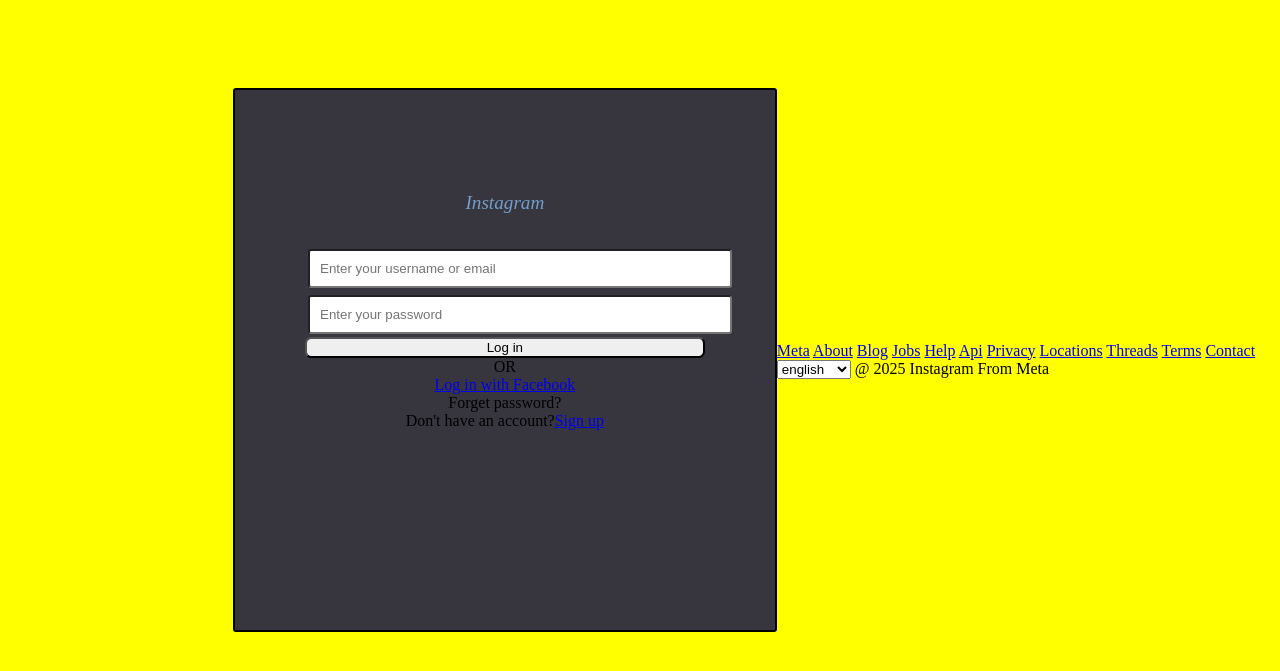
Repository: sristigupta04/basic-js-project
Page: index.html
The author's editor kept a copy of each file at every save. The page is drawn from the files as they stood at one save, then again after the next save.
The browser window is 1280 px wide. The pictures show the whole page.

Above is the page before, as saved 2025-10-24 13:40:31.

After the next save:
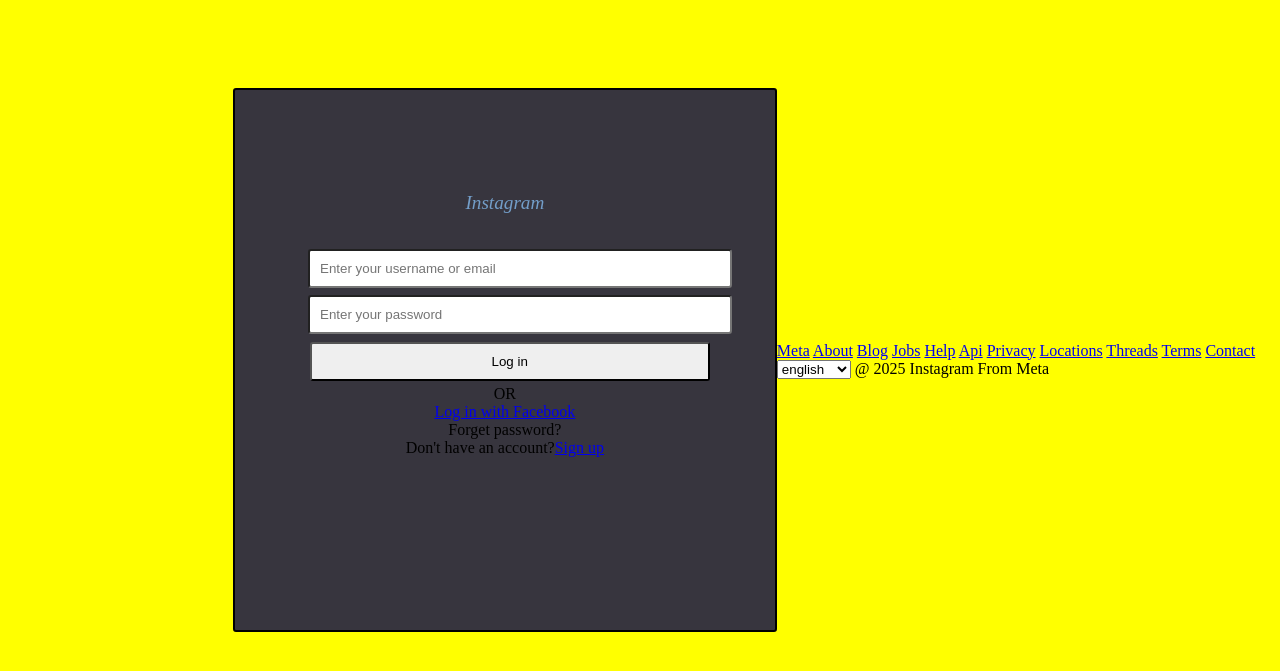
Saved 48 s later.
--- a/index.css
+++ b/index.css
@@ -38,5 +38,7 @@ input{
 }
 .btn{
 width:100%;
-border-radius: 0.4rem;;
+padding: 10px;
+margin:0.3rem;
+border-radius: 3px;
 }
